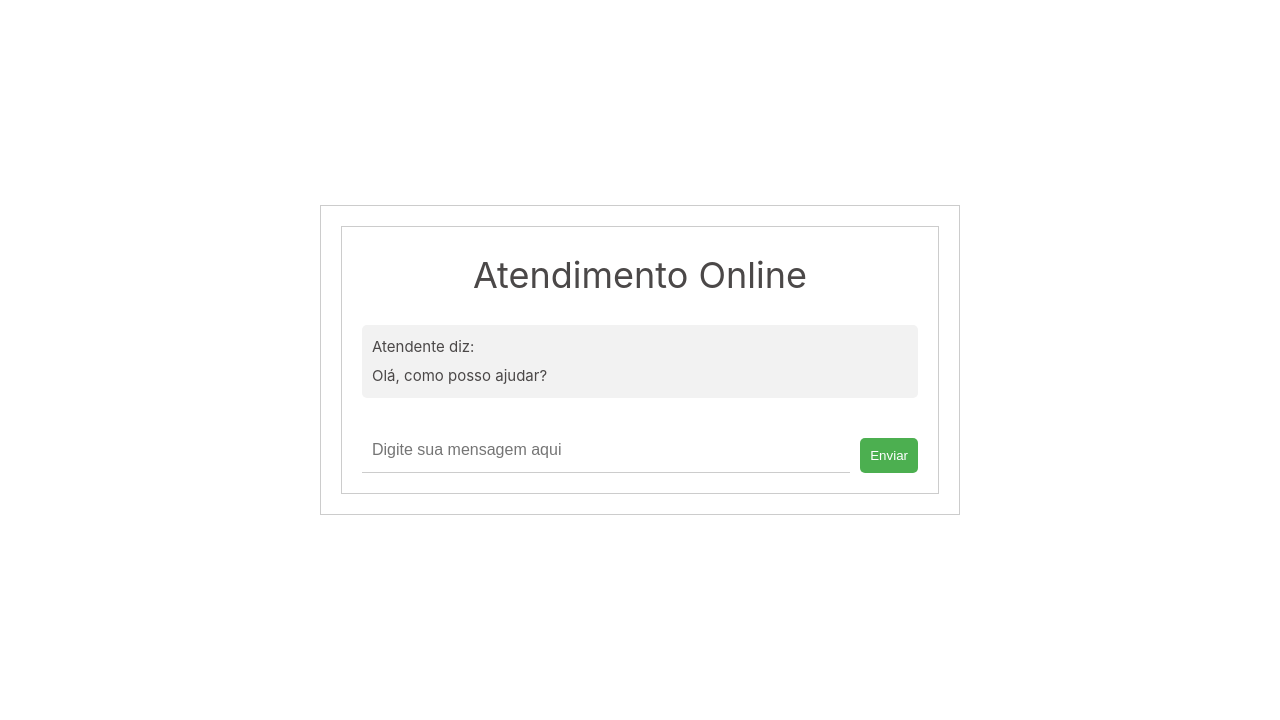
Repository: GabrielGuinzani/vueChat
Page: /
An editor plug-in stored every save of this project. The page is shown before and after the next save, followed by the edit.
The browser window is 1280 px wide. The pictures show the whole page.
Some web libraries are served in a nearby version. The project was rebuilt for these pictures with package versions that can differ from the ones it lists, and the page was loaded fresh each time. Also part of the build but not shown: vite.config.js.

Above is the page before, as saved 2023-04-19 12:11:22.

After the next save:
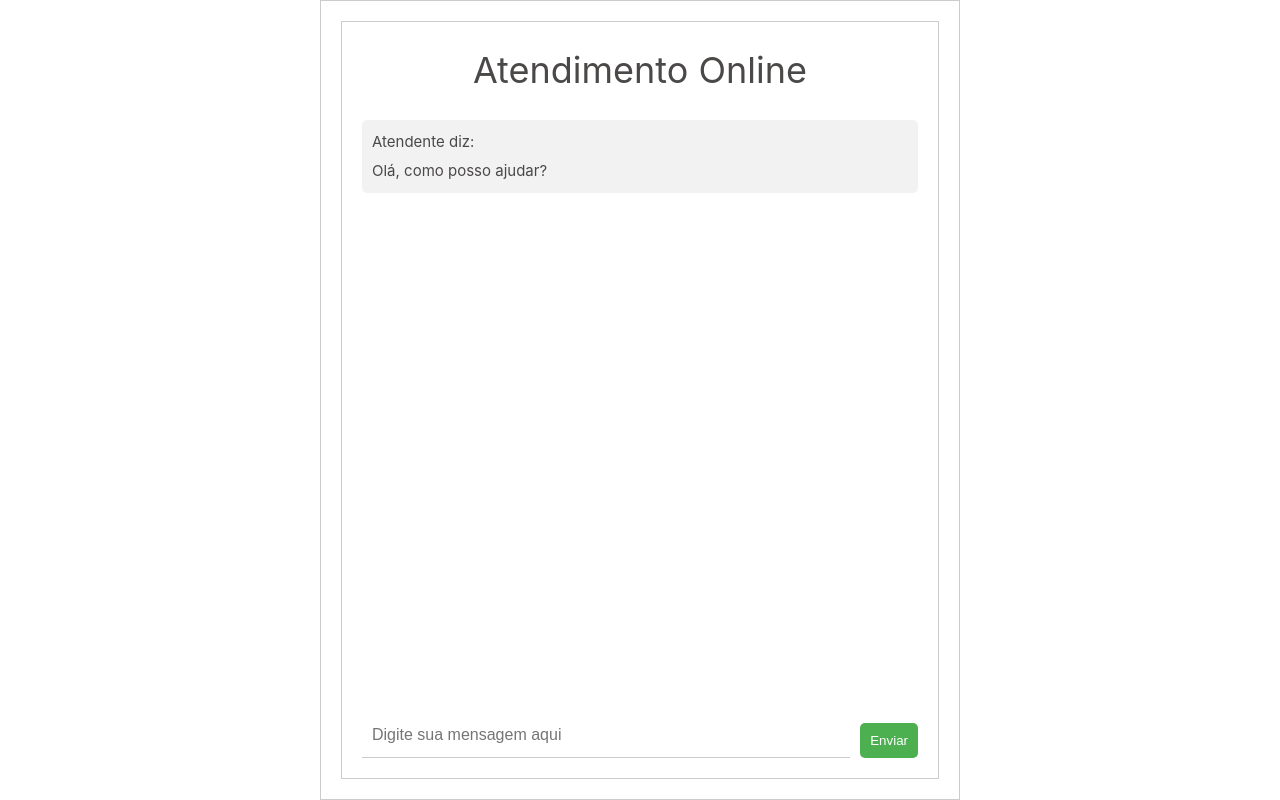
Saved 26 s later.
--- a/src/App.vue
+++ b/src/App.vue
@@ -64,7 +64,7 @@
 
 #chat-screen {
   width: 100%;
-  height: inherit;
+  height: 800px;
   margin: 0 auto;
   border: 1px solid #ccc;
   background-color: #fff;

After the save that followed:
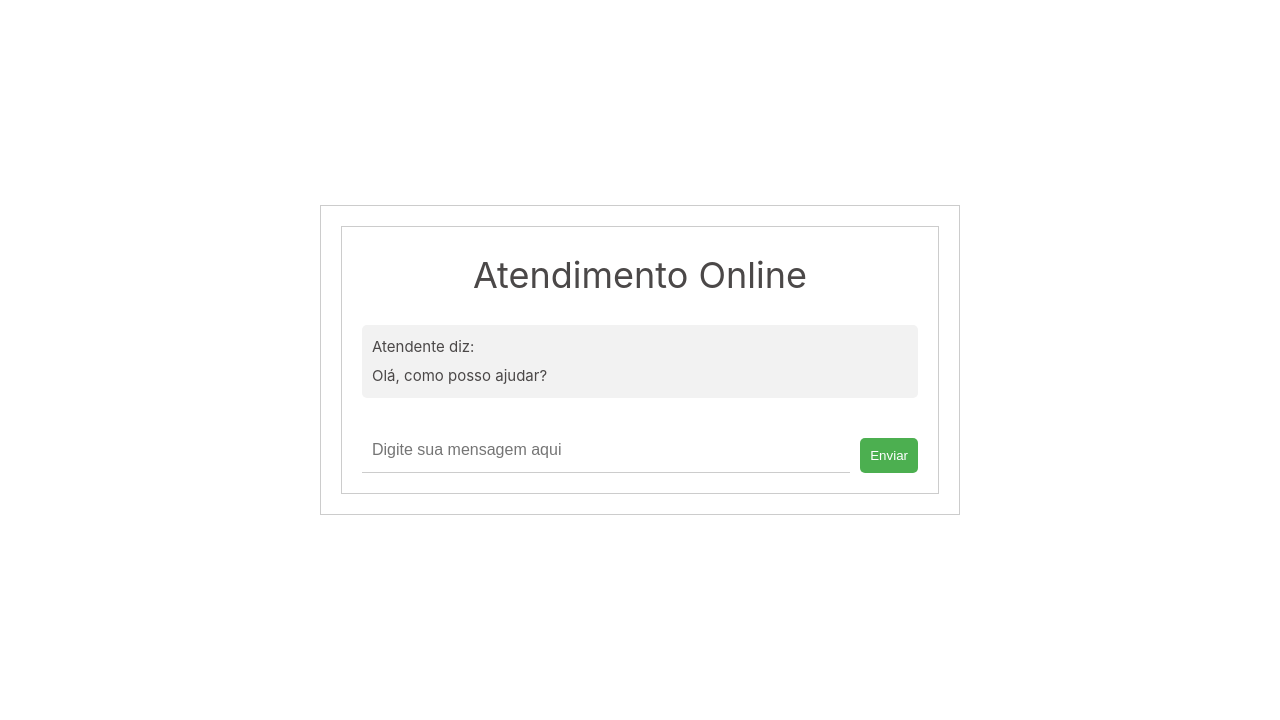
Saved 11 s later.
--- a/src/App.vue
+++ b/src/App.vue
@@ -64,7 +64,7 @@
 
 #chat-screen {
   width: 100%;
-  height: 800px;
+  height: inherit;
   margin: 0 auto;
   border: 1px solid #ccc;
   background-color: #fff;
